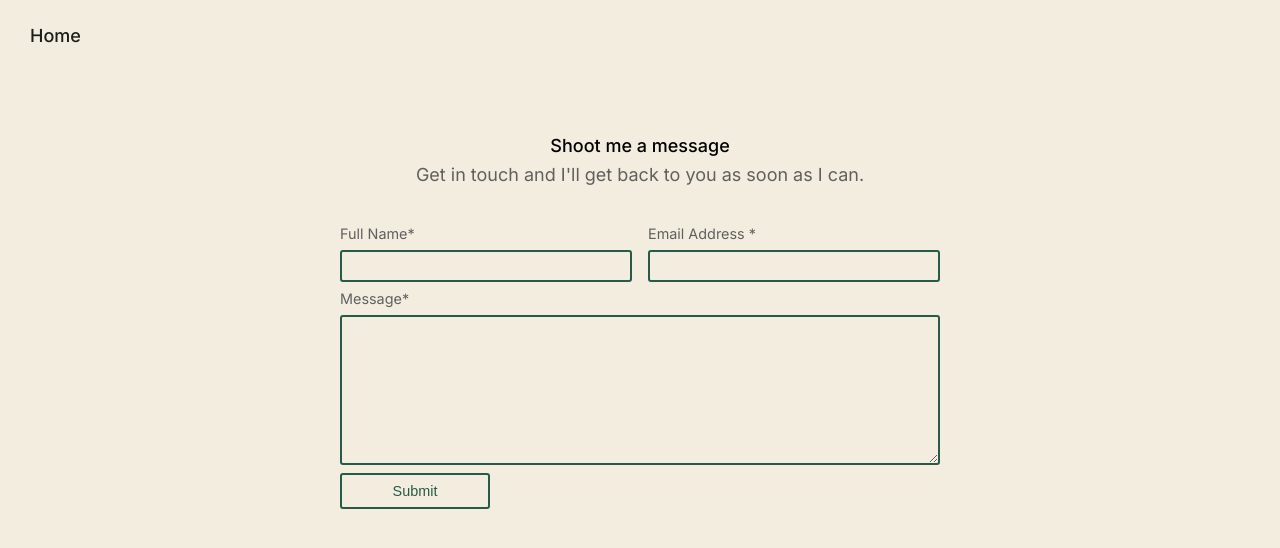
Repository: David-Waite/David-Waite-Portfolio
Page: /contact
These files come from the project's save history. The page is drawn as it stood at one moment and after the next save; the edit follows.
The browser window is 1280 px wide. The pictures show the whole page.
The project was rebuilt for these pictures with package versions that can differ from the ones it lists, and the page was loaded fresh each time. The framework's server and built-in components were replaced by stand-ins that run in the browser. Also part of the build but not shown: next.config.js, app/components/Nav/NavButton/navButton.module.css, app/components/Nav/NavButton/NavButton.tsx.

Above is the page before, as saved 2023-07-26 20:30:47.

After the next save:
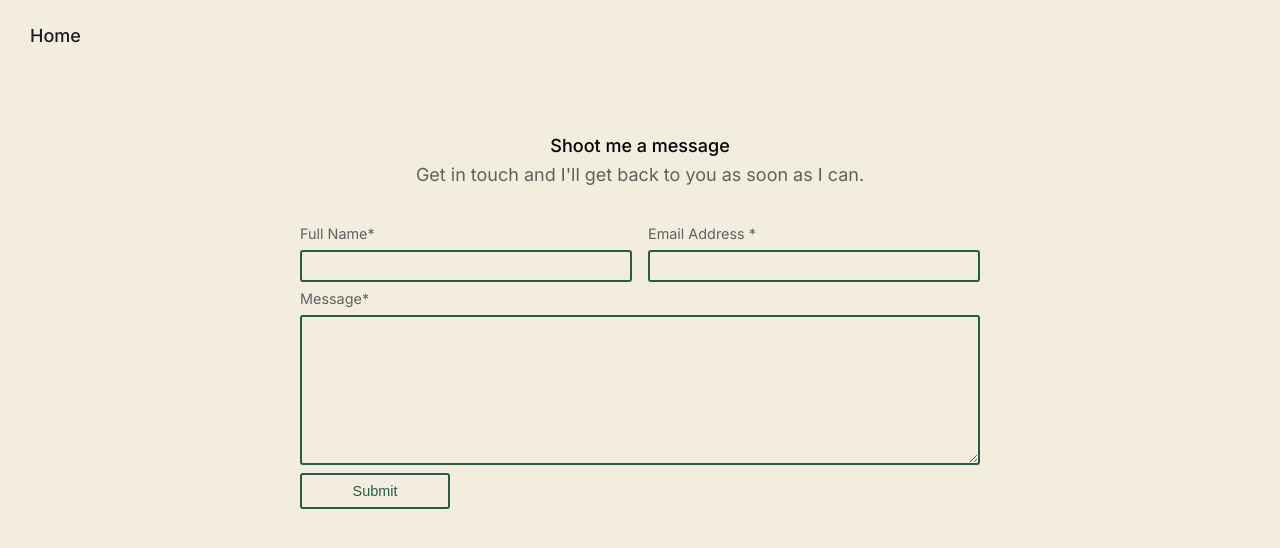
Saved 11 s later.
--- a/app/components/Contact/contact.module.css
+++ b/app/components/Contact/contact.module.css
@@ -45,7 +45,7 @@
   border: 2px solid var(--primary);
   border-radius: 3px;
   height: 150px;
-  width: 600px;
+  width: 680px;
   font-size: 16px;
   padding: 8px;
 }
